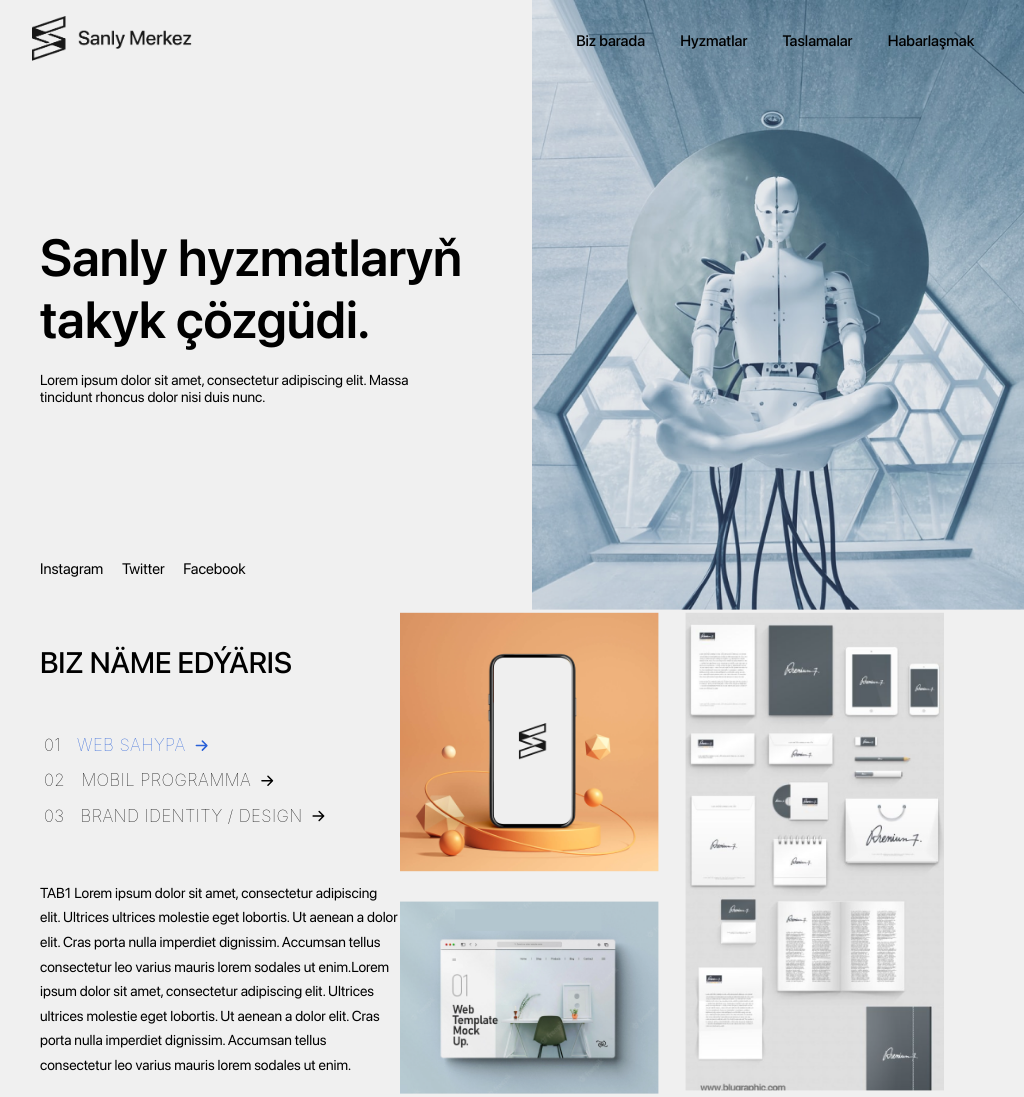
Repository: Meylis7/Sanly-Merkez-Web
Page: main.html
An editor plug-in stored every save of this project. The page is shown before and after the next save, followed by the edit.
The browser window is 1280 px wide. The pictures show the whole page, at 80% of full size.
Some web fonts or font styles are not loaded; a fallback is used.

Above is the page before, as saved 2022-04-29 15:17:59.

### main.html
<!DOCTYPE html>
<html lang="en" dir="ltr">
  <head>
    <meta charset="utf-8">
    <meta name="viewport" content="width=device-width, initial-scale=1.0">
    <title>Sanly merkez</title>
    <link rel="stylesheet" href="./css/main.css">
  </head>
  <body>
    <div class="main-container">
      <div class="header-container">
        <header>
          <a href="#" class="brand"><img src="/assets/logo.png" alt=""></a>
          <div class="menu">
            <div class="btn">
                <svg class="close-btn" xmlns="http://www.w3.org/2000/svg" aria-hidden="true" role="img" width="1em" height="1em" preserveAspectRatio="xMidYMid meet" viewBox="0 0 20 20"><path fill="currentColor" fill-rule="evenodd" d="M4.293 4.293a1 1 0 0 1 1.414 0L10 8.586l4.293-4.293a1 1 0 1 1 1.414 1.414L11.414 10l4.293 4.293a1 1 0 0 1-1.414 1.414L10 11.414l-4.293 4.293a1 1 0 0 1-1.414-1.414L8.586 10L4.293 5.707a1 1 0 0 1 0-1.414Z" clip-rule="evenodd"/></svg>
            </div>
            <a href="#">Biz barada</a>
            <a href="#">Hyzmatlar</a>
            <a href="#">Taslamalar</a>
            <a href="#">Habarlaşmak</a>
          </div>
          <div class="btn">
            <svg class="menu-btn" xmlns="http://www.w3.org/2000/svg" aria-hidden="true" role="img" width="1em" height="1em" preserveAspectRatio="xMidYMid meet" viewBox="0 0 20 20"><path fill="currentColor" fill-rule="evenodd" d="M3 5a1 1 0 0 1 1-1h12a1 1 0 1 1 0 2H4a1 1 0 0 1-1-1Zm0 5a1 1 0 0 1 1-1h12a1 1 0 1 1 0 2H4a1 1 0 0 1-1-1Zm6 5a1 1 0 0 1 1-1h6a1 1 0 1 1 0 2h-6a1 1 0 0 1-1-1Z" clip-rule="evenodd"/></svg>
          </div>
        </header>
      </div>

      <div class="home-section">
        <div class="home-container">
          <div class="home-left-content">
            <div class="home-slogan">
              <p class="slogan">Sanly hyzmatlaryň <br>
                takyk çözgüdi.</p>
                <p class="slogan-text">Lorem ipsum dolor sit amet, consectetur adipiscing elit. Massa <br> tincidunt rhoncus dolor nisi duis nunc.</p>
            </div>
            <div class="home-social-links">
              <a href="#">Instagram</a>
              <a href="#">Twitter</a>
              <a href="#">Facebook</a>
            </div>
          </div>
          <div class="home-right-content">
            <img src="./assets/mainphoto.png" alt="">
          </div>
        </div>
      </div>
      <div class="wwd-section">
        <div class="wwd-conteiner">
          <div class="tabs">
            <h1>Biz näme edýäris</h1>
            <div class="tabs__head">
              <div class="tabs__toggle is-active">
                <span class="tabs__name"><span class="tabsnumber">01</span>Web sahypa <svg xmlns="http://www.w3.org/2000/svg" aria-hidden="true" role="img" width="1em" height="1em" preserveAspectRatio="xMidYMid meet" viewBox="0 0 16 16"><path fill="currentColor" fill-rule="evenodd" d="M4 8a.5.5 0 0 1 .5-.5h5.793L8.146 5.354a.5.5 0 1 1 .708-.708l3 3a.5.5 0 0 1 0 .708l-3 3a.5.5 0 0 1-.708-.708L10.293 8.5H4.5A.5.5 0 0 1 4 8z"/></svg></span>
              </div>
              <div class="tabs__toggle">
                <span class="tabs__name"><span class="tabsnumber">02</span>Mobil programma <svg xmlns="http://www.w3.org/2000/svg" aria-hidden="true" role="img" width="1em" height="1em" preserveAspectRatio="xMidYMid meet" viewBox="0 0 16 16"><path fill="currentColor" fill-rule="evenodd" d="M4 8a.5.5 0 0 1 .5-.5h5.793L8.146 5.354a.5.5 0 1 1 .708-.708l3 3a.5.5 0 0 1 0 .708l-3 3a.5.5 0 0 1-.708-.708L10.293 8.5H4.5A.5.5 0 0 1 4 8z"/></svg></span>
              </div>
              <div class="tabs__toggle">
                <span class="tabs__name"><span class="tabsnumber">03</span>Brand identity / Design <svg xmlns="http://www.w3.org/2000/svg" aria-hidden="true" role="img" width="1em" height="1em" preserveAspectRatio="xMidYMid meet" viewBox="0 0 16 16"><path fill="currentColor" fill-rule="evenodd" d="M4 8a.5.5 0 0 1 .5-.5h5.793L8.146 5.354a.5.5 0 1 1 .708-.708l3 3a.5.5 0 0 1 0 .708l-3 3a.5.5 0 0 1-.708-.708L10.293 8.5H4.5A.5.5 0 0 1 4 8z"/></svg></span>
              </div>
            </div>
            <div class="tabs__body">
              <div class="tabs__content is-active">
                <p class="tabs__text">TAB1 Lorem ipsum dolor sit amet, consectetur adipiscing elit. Ultrices ultrices molestie eget lobortis. Ut aenean a dolor elit. Cras porta nulla imperdiet dignissim. Accumsan tellus consectetur leo varius mauris lorem sodales ut enim.Lorem ipsum dolor sit amet, consectetur adipiscing elit. Ultrices ultrices molestie eget lobortis. Ut aenean a dolor elit. Cras porta nulla imperdiet dignissim. Accumsan tellus consectetur leo varius mauris lorem sodales ut enim.</p>
              </div>
              <div class="tabs__content">
                <p class="tabs__text">TAB2 Lorem ipsum dolor sit amet, consectetur adipiscing elit. Ultrices ultrices molestie eget lobortis. Ut aenean a dolor elit. Cras porta nulla imperdiet dignissim. Accumsan tellus consectetur leo varius mauris lorem sodales ut enim.Lorem ipsum dolor sit amet, consectetur adipiscing elit. Ultrices ultrices molestie eget lobortis. Ut aenean a dolor elit. Cras porta nulla imperdiet dignissim. Accumsan tellus consectetur leo varius mauris lorem sodales ut enim.</p>
              </div>
              <div class="tabs__content">
                <p class="tabs__text">TAB3 Lorem ipsum dolor sit amet, consectetur adipiscing elit. Ultrices ultrices molestie eget lobortis. Ut aenean a dolor elit. Cras porta nulla imperdiet dignissim. Accumsan tellus consectetur leo varius mauris lorem sodales ut enim.Lorem ipsum dolor sit amet, consectetur adipiscing elit. Ultrices ultrices molestie eget lobortis. Ut aenean a dolor elit. Cras porta nulla imperdiet dignissim. Accumsan tellus consectetur leo varius mauris lorem sodales ut enim.</p>
              </div>
            </div>
          </div>
          <div class="wwd-photo-content">
            <div class="left-photo-content">
              <div class="first-photo">
                <img src="/assets/appphoto.png" alt="">
              </div>
              <div class="second-photo">
                <img src="/assets/websitephoto.png" alt="">
              </div>
            </div>
            <div class="right-photo-content">
              <img src="/assets/brandingphoto.png" alt="">
            </div>
          </div>
        </div>
      </div>

    </div>



    <script type="text/javascript">
    //javascript for navigation bar effect on scroll
    window.addEventListener("scroll", function(){
      var header = document.querySelector("header");
      header.classList.toggle('sticky', window.scrollY > 0);
    });

    //javascript for responsive navigation sidebar menu
    var menu = document.querySelector('.menu');
    var menuBtn = document.querySelector('.menu-btn');
    var closeBtn = document.querySelector('.close-btn');

    menuBtn.addEventListener("click", () => {
      menu.classList.add('active');
    });

    closeBtn.addEventListener("click", () => {
      menu.classList.remove('active');
    });
    </script>
    <script src="./js/nav.js"></script>

  </body>
</html>

### css/main.css

@font-face {
  font-family: 'SF Pro Display';
  src: url('../SFProDisplay-Medium.eot');
  src: local('../SF Pro Display Medium'), local('SFProDisplay-Medium'),
      url('../SFProDisplay-Medium.eot?#iefix') format('embedded-opentype'),
      url('../SFProDisplay-Medium.woff2') format('woff2'),
      url('../SFProDisplay-Medium.woff') format('woff'),
      url('../SFProDisplay-Medium.ttf') format('truetype');
  font-weight: 500;
  font-style: normal;
}

@font-face {
  font-family: 'SF Pro Display';
  src: url('../SFProDisplay-Heavy.eot');
  src: local('../SF Pro Display Heavy'), local('SFProDisplay-Heavy'),
      url('../SFProDisplay-Heavy.eot?#iefix') format('embedded-opentype'),
      url('../SFProDisplay-Heavy.woff2') format('woff2'),
      url('../SFProDisplay-Heavy.woff') format('woff'),
      url('../SFProDisplay-Heavy.ttf') format('truetype');
  font-weight: 900;
  font-style: normal;
}

@font-face {
  font-family: 'SF Pro Display';
  src: url('../SFProDisplay-UltralightItalic.eot');
  src: local('../SF Pro Display UltralightItalic'), local('SFProDisplay-UltralightItalic'),
      url('../SFProDisplay-UltralightItalic.eot?#iefix') format('embedded-opentype'),
      url('../SFProDisplay-UltralightItalic.woff2') format('woff2'),
      url('../SFProDisplay-UltralightItalic.woff') format('woff'),
      url('../SFProDisplay-UltralightItalic.ttf') format('truetype');
  font-weight: 200;
  font-style: italic;
}

@font-face {
  font-family: 'SF Pro Display';
  src: url('../SFProDisplay-RegularItalic.eot');
  src: local('../SF Pro Display Regular Italic'), local('SFProDisplay-RegularItalic'),
      url('../SFProDisplay-RegularItalic.eot?#iefix') format('embedded-opentype'),
      url('vSFProDisplay-RegularItalic.woff2') format('woff2'),
      url('../SFProDisplay-RegularItalic.woff') format('woff'),
      url('../SFProDisplay-RegularItalic.ttf') format('truetype');
  font-weight: normal;
  font-style: italic;
}

@font-face {
  font-family: 'SF Pro Display';
  src: url('../SFProDisplay-Thin.eot');
  src: local('../SF Pro Display Thin'), local('SFProDisplay-Thin'),
      url('../SFProDisplay-Thin.eot?#iefix') format('embedded-opentype'),
      url('../SFProDisplay-Thin.woff2') format('woff2'),
      url('../SFProDisplay-Thin.woff') format('woff'),
      url('../SFProDisplay-Thin.ttf') format('truetype');
  font-weight: 100;
  font-style: normal;
}

@font-face {
  font-family: 'SF Pro Display';
  src: url('../SFProDisplay-Light.eot');
  src: local('../SF Pro Display Light'), local('SFProDisplay-Light'),
      url('../SFProDisplay-Light.eot?#iefix') format('embedded-opentype'),
      url('../SFProDisplay-Light.woff2') format('woff2'),
      url('../SFProDisplay-Light.woff') format('woff'),
      url('../SFProDisplay-Light.ttf') format('truetype');
  font-weight: 200;
  font-style: normal;
}

@font-face {
  font-family: 'SF Pro Display';
  src: url('../SFProDisplay-BlackItalic.eot');
  src: local('../SF Pro Display Black Italic'), local('SFProDisplay-BlackItalic'),
      url('../SFProDisplay-BlackItalic.eot?#iefix') format('embedded-opentype'),
      url('../SFProDisplay-BlackItalic.woff2') format('woff2'),
      url('../SFProDisplay-BlackItalic.woff') format('woff'),
      url('../SFProDisplay-BlackItalic.ttf') format('truetype');
  font-weight: 900;
  font-style: italic;
}

@font-face {
  font-family: 'SF Pro Display';
  src: url('../SFProDisplay-Bold.eot');
  src: local('../SF Pro Display Bold'), local('SFProDisplay-Bold'),
      url('../SFProDisplay-Bold.eot?#iefix') format('embedded-opentype'),
      url('../SFProDisplay-Bold.woff2') format('woff2'),
      url('../SFProDisplay-Bold.woff') format('woff'),
      url('../SFProDisplay-Bold.ttf') format('truetype');
  font-weight: bold;
  font-style: normal;
}

@font-face {
  font-family: 'SF Pro Display';
  src: url('../SFProDisplay-Black.eot');
  src: local('../SF Pro Display Black'), local('SFProDisplay-Black'),
      url('../SFProDisplay-Black.eot?#iefix') format('embedded-opentype'),
      url('../SFProDisplay-Black.woff2') format('woff2'),
      url('../SFProDisplay-Black.woff') format('woff'),
      url('../SFProDisplay-Black.ttf') format('truetype');
  font-weight: 900;
  font-style: normal;
}

@font-face {
  font-family: 'SF Pro Display';
  src: url('../SFProDisplay-SemiboldItalic.eot');
  src: local('../SF Pro Display SemiboldItalic'), local('SFProDisplay-SemiboldItalic'),
      url('../SFProDisplay-SemiboldItalic.eot?#iefix') format('embedded-opentype'),
      url('../SFProDisplay-SemiboldItalic.woff2') format('woff2'),
      url('../SFProDisplay-SemiboldItalic.woff') format('woff'),
      url('../SFProDisplay-SemiboldItalic.ttf') format('truetype');
  font-weight: 600;
  font-style: italic;
}

@font-face {
  font-family: 'SF Pro Display';
  src: url('../SFProDisplay-Ultralight.eot');
  src: local('../SF Pro Display Ultralight'), local('SFProDisplay-Ultralight'),
      url('../SFProDisplay-Ultralight.eot?#iefix') format('embedded-opentype'),
      url('../SFProDisplay-Ultralight.woff2') format('woff2'),
      url('../SFProDisplay-Ultralight.woff') format('woff'),
      url('../SFProDisplay-Ultralight.ttf') format('truetype');
  font-weight: 200;
  font-style: normal;
}

@font-face {
  font-family: 'SF Pro Display';
  src: url('../SFProDisplay-LightItalic.eot');
  src: local('../SF Pro Display LightItalic'), local('SFProDisplay-LightItalic'),
      url('../SFProDisplay-LightItalic.eot?#iefix') format('embedded-opentype'),
      url('../SFProDisplay-LightItalic.woff2') format('woff2'),
      url('../SFProDisplay-LightItalic.woff') format('woff'),
      url('../SFProDisplay-LightItalic.ttf') format('truetype');
  font-weight: 200;
  font-style: italic;
}

@font-face {
  font-family: 'SF Pro Display';
  src: url('../SFProDisplay-ThinItalic.eot');
  src: local('../SF Pro Display ThinItalic'), local('SFProDisplay-ThinItalic'),
      url('../SFProDisplay-ThinItalic.eot?#iefix') format('embedded-opentype'),
      url('../SFProDisplay-ThinItalic.woff2') format('woff2'),
      url('../SFProDisplay-ThinItalic.woff') format('woff'),
      url('../SFProDisplay-ThinItalic.ttf') format('truetype');
  font-weight: 100;
  font-style: italic;
}

@font-face {
  font-family: 'SF Pro Display';
  src: url('../SFProDisplay-MediumItalic.eot');
  src: local('../SF Pro Display MediumItalic'), local('SFProDisplay-MediumItalic'),
      url('../SFProDisplay-MediumItalic.eot?#iefix') format('embedded-opentype'),
      url('../SFProDisplay-MediumItalic.woff2') format('woff2'),
      url('../SFProDisplay-MediumItalic.woff') format('woff'),
      url('../SFProDisplay-MediumItalic.ttf') format('truetype');
  font-weight: 500;
  font-style: italic;
}

@font-face {
  font-family: 'SF Pro Display';
  src: url('../SFProDisplay-Semibold.eot');
  src: local('SF Pro Display Semibold'), local('SFProDisplay-Semibold'),
      url('../SFProDisplay-Semibold.eot?#iefix') format('embedded-opentype'),
      url('../SFProDisplay-Semibold.woff2') format('woff2'),
      url('../SFProDisplay-Semibold.woff') format('woff'),
      url('../SFProDisplay-Semibold.ttf') format('truetype');
  font-weight: 600;
  font-style: normal;
}

@font-face {
  font-family: 'SF Pro Display';
  src: url('../SFProDisplay-HeavyItalic.eot');
  src: local('../SF Pro Display HeavyItalic'), local('SFProDisplay-HeavyItalic'),
      url('../SFProDisplay-HeavyItalic.eot?#iefix') format('embedded-opentype'),
      url('../SFProDisplay-HeavyItalic.woff2') format('woff2'),
      url('../SFProDisplay-HeavyItalic.woff') format('woff'),
      url('../SFProDisplay-HeavyItalic.ttf') format('truetype');
  font-weight: 900;
  font-style: italic;
}

@font-face {
  font-family: 'SF Pro Display';
  src: url('../SFProDisplay-Regular.eot');
  src: local('../SF Pro Display Regular'), local('SFProDisplay-Regular'),
      url('../SFProDisplay-Regular.eot?#iefix') format('embedded-opentype'),
      url('../SFProDisplay-Regular.woff2') format('woff2'),
      url('../SFProDisplay-Regular.woff') format('woff'),
      url('../SFProDisplay-Regular.ttf') format('truetype');
  font-weight: normal;
  font-style: normal;
}

@font-face {
  font-family: 'SF Pro Display';
  src: url('../SFProDisplay-BoldItalic.eot');
  src: local('../SF Pro Display BoldItalic'), local('SFProDisplay-BoldItalic'),
      url('../SFProDisplay-BoldItalic.eot?#iefix') format('embedded-opentype'),
      url('../SFProDisplay-BoldItalic.woff2') format('woff2'),
      url('../SFProDisplay-BoldItalic.woff') format('woff'),
      url('../SFProDisplay-BoldItalic.ttf') format('truetype');
  font-weight: bold;
  font-style: italic;
}


*{
  margin: 0;
  padding: 0;
  box-sizing: border-box;
  font-family: "SF Pro Display";

}
a{
  text-decoration: none;
}

body{
  min-height: 100vh;
  background: #F0F0F0;
}
header{
  z-index: 999;
  position: fixed;
  top: 0;
  left: 0;
  width: 100%;
  display: flex;
  justify-content: space-between;
  align-items: center;
  padding: 20px 40px;
  transition: 0.6s;
  transform: translate(calc(50vw - 50%));
}

header.sticky{
  background: #ffffff;
  padding: 15px 50px;

}

header .brand{
  color: #fff;
  font-size: 30px;
  font-weight: 700;
  text-transform: uppercase;
  text-decoration: none;
  letter-spacing: 2px;
}

header .menu{
  position: relative;
  display: flex;
  justify-content: center;
  align-items: center;
}

header .menu a{
  color: rgb(0, 0, 0);
  font-size: 19px;
  font-weight: 500;
  text-decoration: none;
  padding: 7px 12px;
  margin: 0 10px;
  border-radius: 20px;
  transition: 0.3s;
  transition-property: color, background;
}

header .menu a:hover{
  color: #000;
  background: #fff;
}

header .btn{
  color: rgb(94, 0, 0);
  font-size: 25px;
  cursor: pointer;
  display: none;
}
/* .main-container{
    max-width: 1240px;
    height: 100%;
    margin: 0 auto;
} */
.brand{
  width: 200px;
}
.brand img{
  width: 100%;
}
.home-container{
  display: flex;
  width: 100%;

}
.home-left-content,.home-right-content{
  flex: 1;
}
.home-left-content{
  display: flex;
  flex-direction: column;
  justify-content: space-between;
  padding-left: 50px;
}
.home-right-content img{
  width: 100%;
}
.slogan{
  font-size: 65px;
  font-family: "SF Pro Display";
  font-weight: 600;
  margin-top: 46%;
  margin-bottom: 25px;
}
.slogan-text{
  font-size: 18px;
  font-family: "SF Pro Display";
}
.home-social-links{
  margin-bottom: 7%;
}
.home-social-links a {
  color: #000;
  margin-right: 20px;
  font-size: 19px;
}

@media (max-width: 1060px){
  header .btn{
    display: block;
  }

  header .menu{
    position: fixed;
    background: #ffffff;
    flex-direction: column;
    width: 100%;
    height: 100vh;
    top: 0;
    right: -100%;
    padding: 80px 50px;
    transition: 0.5s;
    transition-property: right;
  }

  header .menu.active{
    right: 0;
  }

  header .menu .close-btn{
    position: absolute;
    top: 0;
    left: 0;
    margin: 25px;
  }

  header .menu a{
    display: block;
    font-size: 20px;
    margin: 20px;
    padding: 0 15px;
  }
}





.tabs {
  display: flex;
  flex-direction: column;
  max-width: 450px;
  width: 100%;

}
.tabs h1{
  font-size: 37px;
  font-weight: 500;
  text-transform: uppercase;
  margin-bottom: 60px;
  margin-top: 40px;
}

.tabs__head {
  display: flex;
  flex-direction: column;
  justify-content: space-between;
  margin-bottom: 60px;
}

.tabs__toggle {
  margin: 0 5px;
  padding: 7px 0;
  cursor: pointer;
  transition: .5s;
}

.tabs__name {
  font-weight: 500;
  font-size: 21px;
  color: #000000;
  display: flex;
  align-items: center;
  font-family: "SF Pro Display";
  font-weight: 100;
  text-transform: uppercase;
  letter-spacing: 0.5px;
}
.tabsnumber{
  margin-right: 20px;
  color: rgb(0, 0, 0);
}
.tabs__name svg{
  height: 30px;
  width: 40px;
}

.tabs__body {
  position: relative;
}

.tabs__title {
  font-weight: 600;
  font-size: 24px;
  color: #000000;
  margin-bottom: 20px;
  text-align: center;
}

.tabs__text {
  font-size: 18px;
  line-height: 1.7;
  color: #000000;

}

.tabs__content {
  display: none;
}
.tabs__toggle.is-active .tabs__name {
  color: #2a61d8;
}

.tabs__content.is-active {
  display: block;
}
.wwd-conteiner{
  display: flex;
  padding-left: 50px;
  padding-right: 100px;
  justify-content: space-between;
}
.wwd-photo-content{
  display: flex;
  max-width: 700px;
}
.wwd-photo-content img{
  width: 100%;
}
.first-photo{
  margin-bottom: 34px;
}
.left-photo-content{
  margin-right: 34px;
}

### js/nav.js
let tabs = document.querySelectorAll('.tabs__toggle'),
    contents = document.querySelectorAll('.tabs__content');

tabs.forEach((tab, index) => {
    tab.addEventListener('click', () => {
        contents.forEach((content) => {
            content.classList.remove('is-active');
        });
        tabs.forEach((tab) => {
            tab.classList.remove('is-active');
        });
        contents[index].classList.add('is-active');
        tabs[index].classList.add('is-active');
    });
});

After the next save:
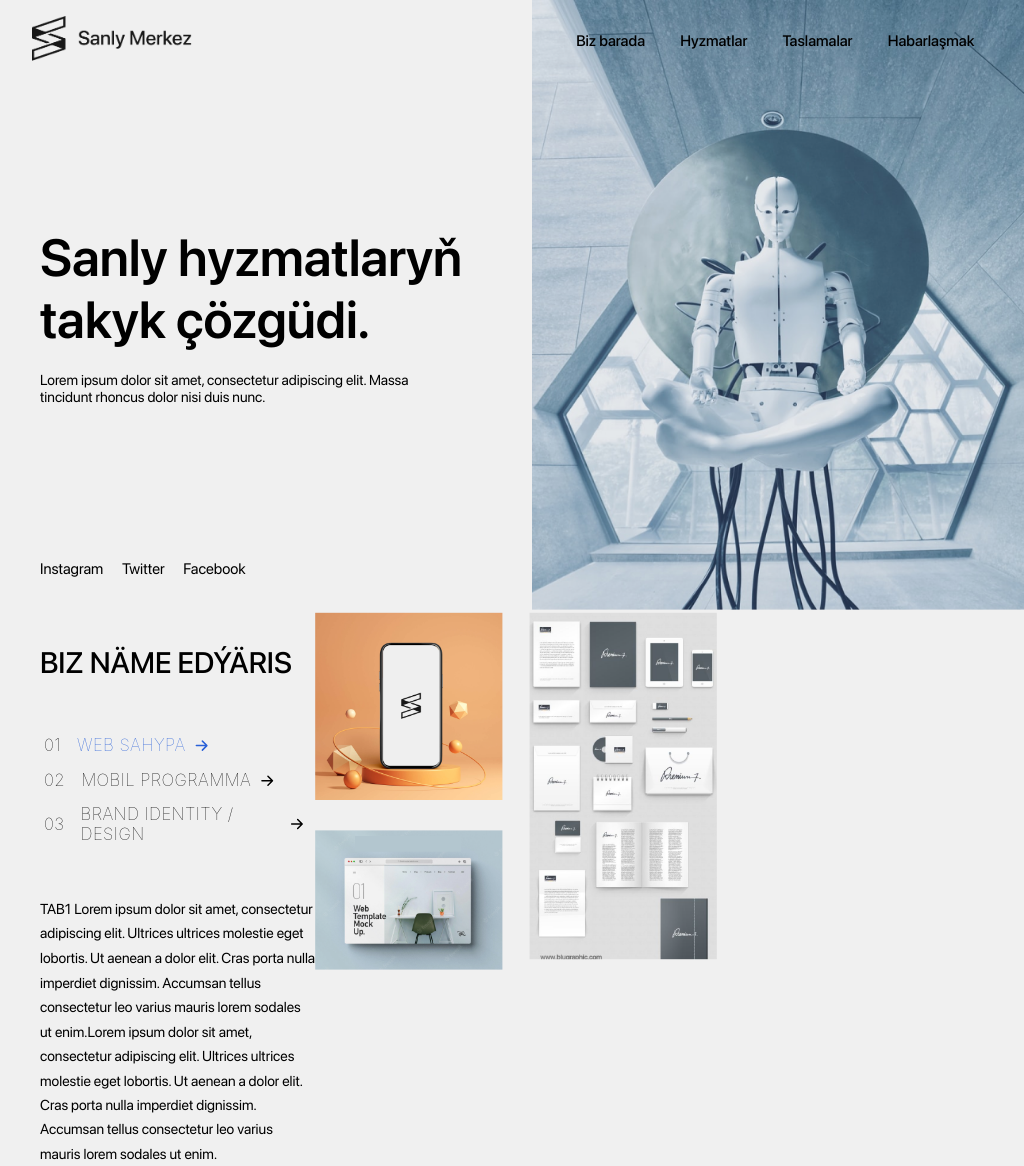
Saved 10 s later.
--- a/css/main.css
+++ b/css/main.css
@@ -460,7 +460,7 @@
 .wwd-conteiner{
   display: flex;
   padding-left: 50px;
-  padding-right: 100px;
+  padding-right: 30%;
   justify-content: space-between;
 }
 .wwd-photo-content{
